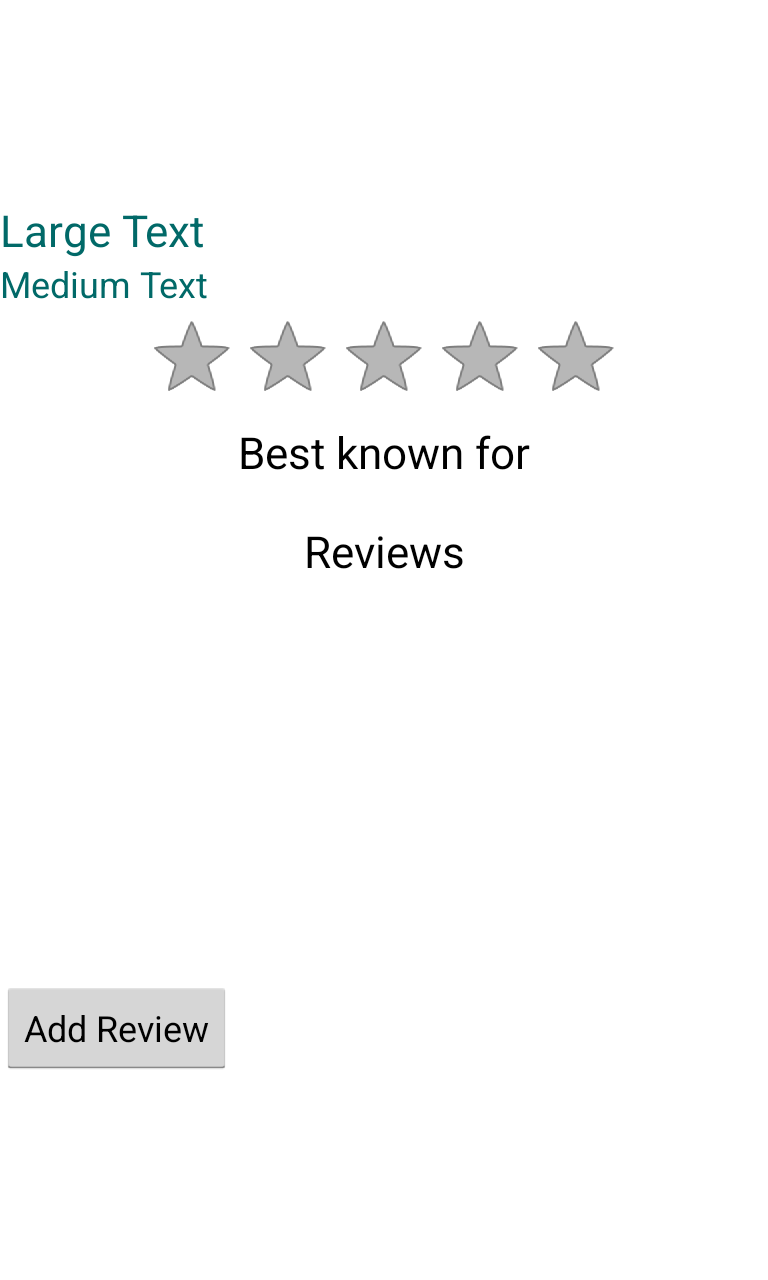
Repository: yash256/atnt
Layout: WNY Farm Fresh/res/layout/market_details.xml
The author's editor kept a copy of each file at every save. The layout is drawn from the files as they stood at one save, then again after the next save.
It is drawn on a 768 x 1280 px phone screen (xhdpi) without system bars, with theme AppTheme; the app's code is not run. Lists and similar views that code fills are empty.

Above is the layout before, as saved 2014-11-11 01:31:33.

### WNY Farm Fresh/res/layout/market_details.xml
<?xml version="1.0" encoding="utf-8"?>
<ScrollView xmlns:android="http://schemas.android.com/apk/res/android" android:layout_width="fill_parent" android:layout_height="fill_parent">
<RelativeLayout
    android:layout_width="match_parent"
    android:layout_height="match_parent"
    android:orientation="vertical" >

<GridLayout
    android:id="@+id/gridLayout1"
    android:layout_width="match_parent"
    android:layout_height="wrap_content"
    android:columnCount="8"
    android:orientation="horizontal" >

    <Space
        android:layout_height="100dp"
        android:layout_columnSpan="8" />

    <TextView
        android:id="@+id/market_name"
        android:layout_columnSpan="6"
        android:layout_row="0"
        android:text="Large Text"
        android:textAppearance="?android:attr/textAppearanceLarge"
        android:textColor="#016968" />

    <TextView
        android:id="@+id/market_address"
        android:layout_row="1"
        android:layout_columnSpan="8"
        android:text="Medium Text"
        android:textAppearance="?android:attr/textAppearanceMedium"
        android:textColor="#016968"/>

    <RatingBar
        android:id="@+id/ratingBar1"
        android:layout_row="2"
        android:layout_columnSpan="8"
        android:layout_gravity="center_horizontal"
        />

    <TextView
        android:id="@+id/top_items_header"
        android:layout_columnSpan="8"
        android:layout_gravity="center_horizontal"
        android:layout_row="3"
        android:text="@string/top_items_header_text"
        android:textAppearance="?android:attr/textAppearanceLarge" />

    <LinearLayout
        android:id="@+id/top_items"
        android:layout_gravity="center_horizontal"
        android:layout_row="4"
        android:orientation="horizontal"
        android:layout_width="wrap_content"
    android:layout_height="wrap_content" >
    </LinearLayout>
	<Space
        android:layout_height="20dp"
        android:layout_columnSpan="8" />
	<TextView
        android:id="@+id/reviews_header"
        android:layout_columnSpan="8"
        android:layout_gravity="center_horizontal"
        android:layout_row="3"
        android:text="@string/reviews_header"
        android:textAppearance="?android:attr/textAppearanceLarge" />


    <ListView
        android:id="@+id/android:list"
        android:layout_width="match_parent"
        android:layout_height="200dp"
        android:layout_columnSpan="8" >

    </ListView>
    <Button
        android:id="@+id/add_review"
        android:text="@string/add_review_btn"
        android:layout_gravity="center_horizontal" />


</GridLayout>

</RelativeLayout>
</ScrollView>

### WNY Farm Fresh/res/values/strings.xml
<?xml version="1.0" encoding="utf-8"?>
<resources>

    <string name="app_name">Farmdroid</string>
    <string name="hello_world">Hello world!</string>
    <string name="action_settings">Settings</string>
    <string name="username">username</string>
    <string name="rating">Rating</string>
    <string name="review_text">review text</string>
    <string name="title_activity_main">MainActivity</string>
    <string name="top_items_header_text">Best known for</string>
    <string name="reviews_header">Reviews</string>
	<string name="username_edittext">Enter username</string>
	<string name="review_text_edittext">Enter review</string>
	<string name="add_review_btn">Add Review</string>
	<string name="cancel">Cancel</string>
	<string name="ok">OK</string>
</resources>

Loaded but not shown: WNY Farm Fresh/res/values/styles.xml (common file); WNY Farm Fresh/res/values-v11/styles.xml (common file); WNY Farm Fresh/res/values-v14/styles.xml (common file)

After the next save:
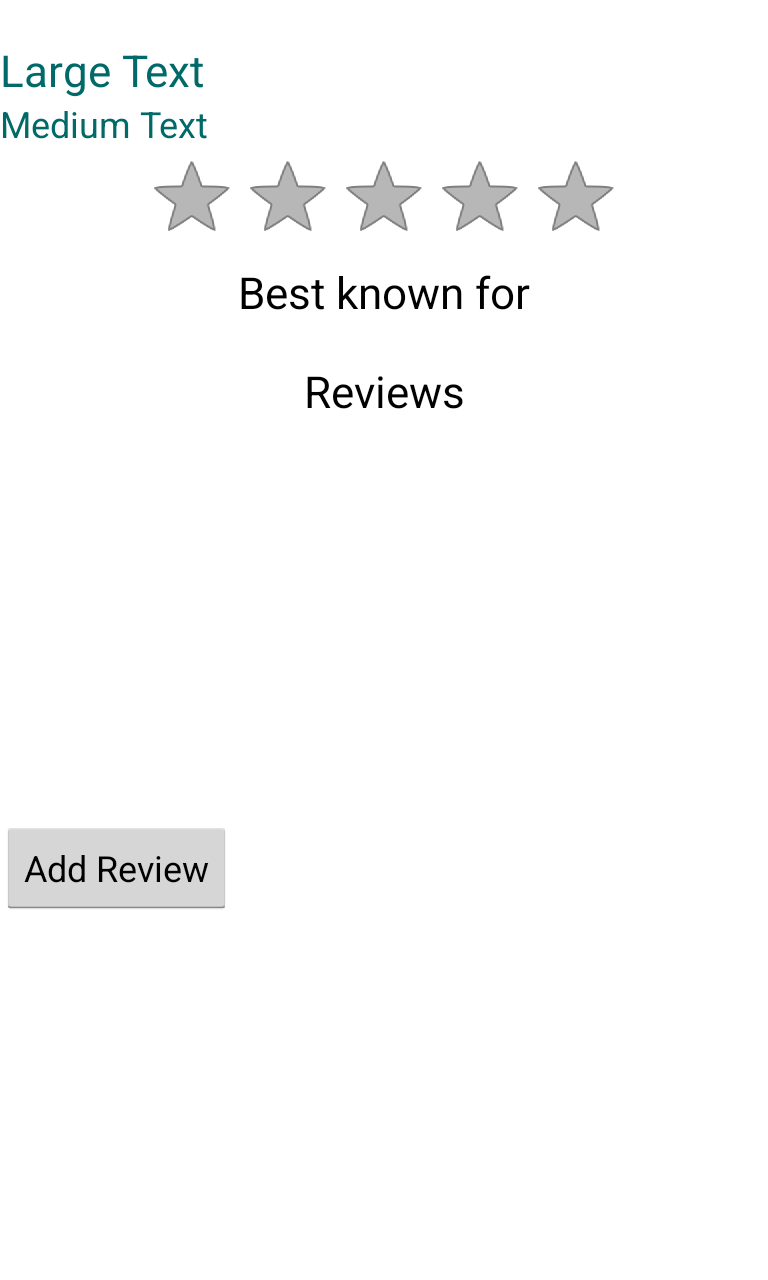
Saved 11 s later.
--- a/WNY Farm Fresh/res/layout/market_details.xml
+++ b/WNY Farm Fresh/res/layout/market_details.xml
@@ -13,7 +13,7 @@
     android:orientation="horizontal" >
 
     <Space
-        android:layout_height="100dp"
+        android:layout_height="20dp"
         android:layout_columnSpan="8" />
 
     <TextView
